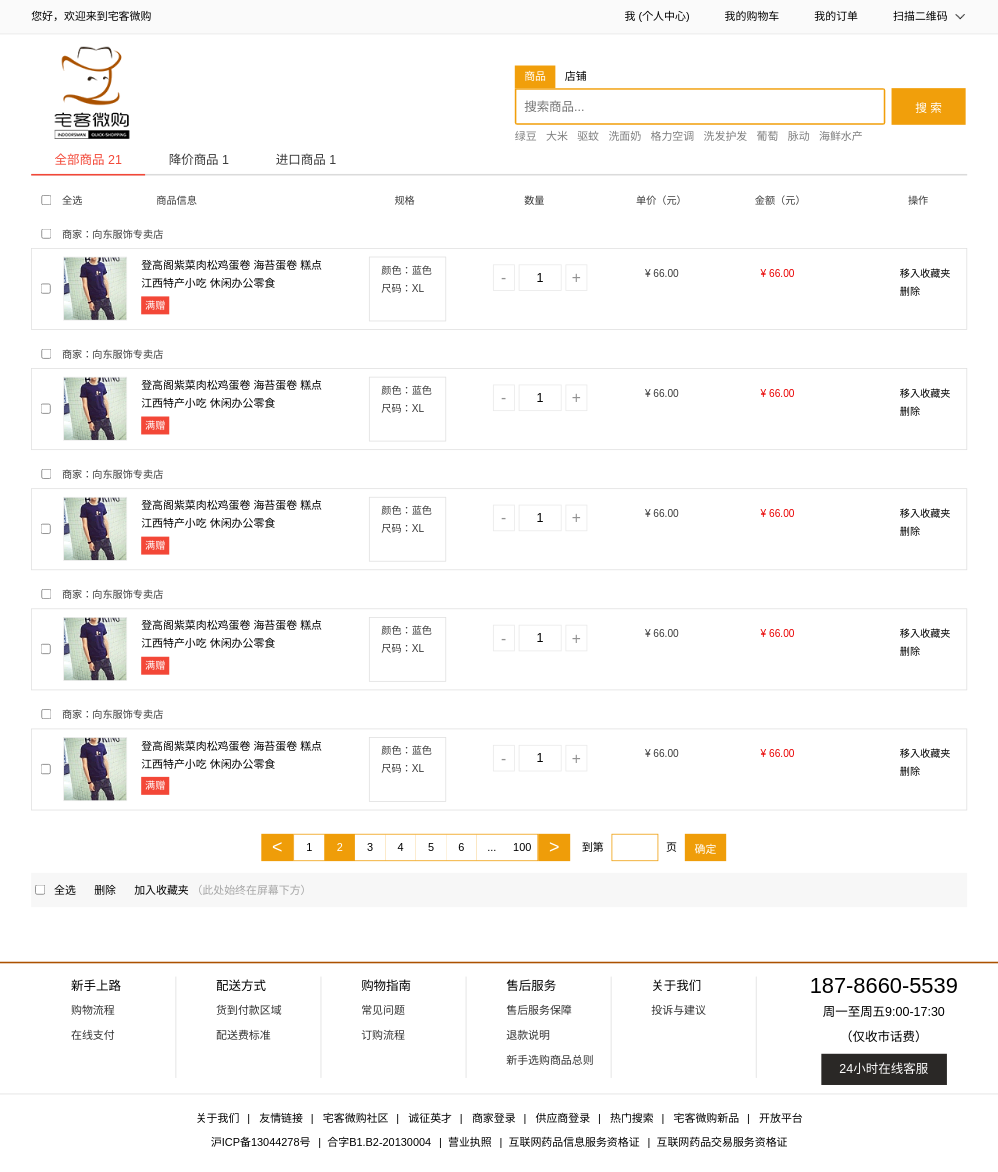
Repository: hucongting/MobliePhoneMall
Page: HelloMall/src/main/webapp/home/my_cart.html
These files come from the project's save history. The page is drawn as it stood at one moment and after the next save; the edit follows.
The browser window is 1280 px wide. The pictures show the whole page, at 78% of full size.

Above is the page before, as saved 2018-09-01 06:47:20.

### HelloMall/src/main/webapp/home/my_cart.html
<!DOCTYPE html PUBLIC "-//W3C//DTD XHTML 1.0 Transitional//EN" "http://www.w3.org/TR/xhtml1/DTD/xhtml1-transitional.dtd">
<html xmlns="http://www.w3.org/1999/xhtml">
<head>
<meta http-equiv="Content-Type" content="text/html; charset=utf-8" />
<title>购物车</title>
<link rel="stylesheet" type="text/css" href="css/style.css" />
<link rel="stylesheet" type="text/css" href="css/shopping-mall-index.css" />
<script type="text/javascript" src="js/jquery.js"></script>
<script type="text/javascript" src="js/zhonglin.js"></script>
</head>

<body style="position:relative;">

	<!--top 开始-->
    <div class="top">
    	<div class="top-con w1200">
        	<p class="t-con-l f-l">您好，欢迎来到宅客微购</p>
            <ul class="t-con-r f-r">
            	<li><a href="#">我 (个人中心)</a></li>
            	<li><a href="#">我的购物车</a></li>
            	<li><a href="#">我的订单</a></li>
            	<li class="erweima">
                	<a href="#">扫描二维码</a>
                    <div class="ewm-tu">
                    	<a href="#"><img src="images/erweima-tu.jpg" /></a>
                    </div>
                </li>
                <div style="clear:both;"></div>
            </ul>
            <div style="clear:both;"></div>
        </div>
    </div>

    <!--logo search 开始-->
    <div class="hd-info1 w1200">
    	<div class="logo f-l">
        	<h1><a href="#" title="中林网站"><img src="images/logo.jpg" /></a></h1>
        </div>
        <div class="search f-r">
        	<ul class="sp">
            	<li class="current" ss-search="sp"><a href="JavaScript:;">商品</a></li>
                <li ss-search="dp"><a href="JavaScript:;">店铺</a></li>
                <div style="clear:both;"></div>
            </ul>
            <div class="srh">
            	<div class="ipt f-l">
                	<input type="text" placeholder="搜索商品..." ss-search-show="sp" />
                    <input type="text" placeholder="搜索店铺..." ss-search-show="dp" style="display:none;" />
                </div>
                <button class="f-r">搜 索</button>
                <div style="clear:both;"></div>
            </div>
            <ul class="sp2">
                <li><a href="#">绿豆</a></li>
                <li><a href="#">大米</a></li>
                <li><a href="#">驱蚊</a></li>
                <li><a href="#">洗面奶</a></li>
                <li><a href="#">格力空调</a></li>
                <li><a href="#">洗发护发</a></li>
                <li><a href="#">葡萄 </a></li>
                <li><a href="#">脉动</a></li>
                <li><a href="#">海鲜水产</a></li>
                <div style="clear:both;"></div>
            </ul>
        </div>
        <div style="clear:both;"></div>
    </div>


    <!--内容开始-->
    <div class="cart-content w1200">
    	<ul class="cart-tit-nav">
        	<li class="current"><a href="#">全部商品   21</a></li>
        	<li><a href="#">降价商品   1</a></li>
        	<li><a href="#">进口商品   1</a></li>
            <div style="clear:both;"></div>
        </ul>
        <div class="cart-con-tit">
        	<p class="p1">
            	<input type="checkbox" value="" name="hobby"></input>
				<span>全选</span>
            </p>
            <p class="p2">商品信息</p>
            <p class="p3">规格</p>
            <p class="p4">数量</p>
            <p class="p5">单价（元）</p>
            <p class="p6">金额（元）</p>
            <p class="p7">操作</p>
        </div>
        <div class="cart-con-info">
        	<div class="info-top">
            	<input type="checkbox" value="" name="hobby"></input>
				<span>商家：向东服饰专卖店</span>
            </div>
            <div class="info-mid">
            	<input type="checkbox" value="" name="hobby" class="mid-ipt f-l"></input>
                <div class="mid-tu f-l">
                	<a href="#"><img src="images/dai1.gif" /></a>
                </div>
                <div class="mid-font f-l">
                	<a href="#">登高阁紫菜肉松鸡蛋卷 海苔蛋卷 糕点<br />江西特产小吃 休闲办公零食</a>
                    <span>满赠</span>
                </div>
                <div class="mid-guige f-l">
                	<p>颜色：蓝色</p>
                    <p>尺码：XL</p>
                    <a href="JavaScript:;" class="xg" xg="xg1">修改</a>
                    <div class="guige-xiugai" xg-g="xg1">
                    	<div class="xg-left f-l">
                        	<dl>
                            	<dt>颜  色</dt>
                                <dd>
                                	<a href="JavaScript:;" class="current">黑色</a>
                                    <a href="JavaScript:;">白色</a>
                                </dd>
                                <div style="clear:both;"></div>
                            </dl>
                            <dl>
                            	<dt>尺  码</dt>
                                <dd>
                                	<a href="JavaScript:;" class="current">M</a>
                                    <a href="JavaScript:;">L</a>
                                    <a href="JavaScript:;">XL</a>
                                </dd>
                                <div style="clear:both;"></div>
                            </dl>
                            <a href="JavaScript:;" class="qd">确定</a>
                            <a href="JavaScript:;" class="qx" qx="xg1">取消</a>
                        </div>
                    	<div class="xg-right f-l">
                        	<a href="#"><img src="images/dai2.gif" /></a>
                        </div>
                        <div style="clear:both;"></div>
                    </div>
                </div>
                <div class="mid-sl f-l">
                	<a href="JavaScript:;" class="sl-left">-</a>
                    <input type="text" value="1" />
                    <a href="JavaScript:;" class="sl-right">+</a>
                </div>
                <p class="mid-dj f-l">¥ 66.00</p>
                <p class="mid-je f-l">¥ 66.00</p>
                <div class="mid-chaozuo f-l">
                	<a href="#">移入收藏夹</a>
                    <a href="#">删除</a>
                </div>
                <div style="clear:both;"></div>
            </div>
        </div>
        <div class="cart-con-info">
        	<div class="info-top">
            	<input type="checkbox" value="" name="hobby"></input>
				<span>商家：向东服饰专卖店</span>
            </div>
            <div class="info-mid">
            	<input type="checkbox" value="" name="hobby" class="mid-ipt f-l"></input>
                <div class="mid-tu f-l">
                	<a href="#"><img src="images/dai1.gif" /></a>
                </div>
                <div class="mid-font f-l">
                	<a href="#">登高阁紫菜肉松鸡蛋卷 海苔蛋卷 糕点<br />江西特产小吃 休闲办公零食</a>
                    <span>满赠</span>
                </div>
                <div class="mid-guige f-l">
                	<p>颜色：蓝色</p>
                    <p>尺码：XL</p>
                    <a href="JavaScript:;" class="xg" xg="xg2">修改</a>
                    <div class="guige-xiugai" xg-g="xg2">
                    	<div class="xg-left f-l">
                        	<dl>
                            	<dt>颜  色</dt>
                                <dd>
                                	<a href="JavaScript:;" class="current">黑色</a>
                                    <a href="JavaScript:;">白色</a>
                                </dd>
                                <div style="clear:both;"></div>
                            </dl>
                            <dl>
                            	<dt>尺  码</dt>
                                <dd>
                                	<a href="JavaScript:;" class="current">M</a>
                                    <a href="JavaScript:;">L</a>
                                    <a href="JavaScript:;">XL</a>
                                </dd>
                                <div style="clear:both;"></div>
                            </dl>
                            <a href="JavaScript:;" class="qd">确定</a>
                            <a href="JavaScript:;" class="qx" qx="xg2">取消</a>
                        </div>
                    	<div class="xg-right f-l">
                        	<a href="#"><img src="images/dai2.gif" /></a>
                        </div>
                        <div style="clear:both;"></div>
                    </div>
                </div>
                <div class="mid-sl f-l">
                	<a href="JavaScript:;" class="sl-left">-</a>
                    <input type="text" value="1" />
                    <a href="JavaScript:;" class="sl-right">+</a>
                </div>
                <p class="mid-dj f-l">¥ 66.00</p>
                <p class="mid-je f-l">¥ 66.00</p>
                <div class="mid-chaozuo f-l">
                	<a href="#">移入收藏夹</a>
                    <a href="#">删除</a>
                </div>
                <div style="clear:both;"></div>
            </div>
        </div>
        <div class="cart-con-info">
        	<div class="info-top">
            	<input type="checkbox" value="" name="hobby"></input>
				<span>商家：向东服饰专卖店</span>
            </div>
            <div class="info-mid">
            	<input type="checkbox" value="" name="hobby" class="mid-ipt f-l"></input>
                <div class="mid-tu f-l">
                	<a href="#"><img src="images/dai1.gif" /></a>
                </div>
                <div class="mid-font f-l">
                	<a href="#">登高阁紫菜肉松鸡蛋卷 海苔蛋卷 糕点<br />江西特产小吃 休闲办公零食</a>
                    <span>满赠</span>
                </div>
                <div class="mid-guige f-l">
                	<p>颜色：蓝色</p>
                    <p>尺码：XL</p>
                    <a href="JavaScript:;" class="xg" xg="xg3">修改</a>
                    <div class="guige-xiugai" xg-g="xg3">
                    	<div class="xg-left f-l">
                        	<dl>
                            	<dt>颜  色</dt>
                                <dd>
                                	<a href="JavaScript:;" class="current">黑色</a>
                                    <a href="JavaScript:;">白色</a>
                                </dd>
                                <div style="clear:both;"></div>
                            </dl>
                            <dl>
                            	<dt>尺  码</dt>
                                <dd>
                                	<a href="JavaScript:;" class="current">M</a>
                                    <a href="JavaScript:;">L</a>
                                    <a href="JavaScript:;">XL</a>
                                </dd>
                                <div style="clear:both;"></div>
                            </dl>
                            <a href="JavaScript:;" class="qd">确定</a>
                            <a href="JavaScript:;" class="qx" qx="xg3">取消</a>
                        </div>
                    	<div class="xg-right f-l">
                        	<a href="#"><img src="images/dai2.gif" /></a>
                        </div>
                        <div style="clear:both;"></div>
                    </div>
                </div>
                <div class="mid-sl f-l">
                	<a href="JavaScript:;" class="sl-left">-</a>
                    <input type="text" value="1" />
                    <a href="JavaScript:;" class="sl-right">+</a>
                </div>
                <p class="mid-dj f-l">¥ 66.00</p>
                <p class="mid-je f-l">¥ 66.00</p>
                <div class="mid-chaozuo f-l">
                	<a href="#">移入收藏夹</a>
                    <a href="#">删除</a>
                </div>
                <div style="clear:both;"></div>
            </div>
        </div>
        <div class="cart-con-info">
        	<div class="info-top">
            	<input type="checkbox" value="" name="hobby"></input>
				<span>商家：向东服饰专卖店</span>
            </div>
            <div class="info-mid">
            	<input type="checkbox" value="" name="hobby" class="mid-ipt f-l"></input>
                <div class="mid-tu f-l">
                	<a href="#"><img src="images/dai1.gif" /></a>
                </div>
                <div class="mid-font f-l">
                	<a href="#">登高阁紫菜肉松鸡蛋卷 海苔蛋卷 糕点<br />江西特产小吃 休闲办公零食</a>
                    <span>满赠</span>
                </div>
                <div class="mid-guige f-l">
                	<p>颜色：蓝色</p>
                    <p>尺码：XL</p>
                    <a href="JavaScript:;" class="xg" xg="xg4">修改</a>
                    <div class="guige-xiugai" xg-g="xg4">
                    	<div class="xg-left f-l">
                        	<dl>
                            	<dt>颜  色</dt>
                                <dd>
                                	<a href="JavaScript:;" class="current">黑色</a>
                                    <a href="JavaScript:;">白色</a>
                                </dd>
                                <div style="clear:both;"></div>
                            </dl>
                            <dl>
                            	<dt>尺  码</dt>
                                <dd>
                                	<a href="JavaScript:;" class="current">M</a>
                                    <a href="JavaScript:;">L</a>
                                    <a href="JavaScript:;">XL</a>
                                </dd>
                                <div style="clear:both;"></div>
                            </dl>
                            <a href="JavaScript:;" class="qd">确定</a>
                            <a href="JavaScript:;" class="qx" qx="xg4">取消</a>
                        </div>
                    	<div class="xg-right f-l">
                        	<a href="#"><img src="images/dai2.gif" /></a>
                        </div>
                        <div style="clear:both;"></div>
                    </div>
                </div>
                <div class="mid-sl f-l">
                	<a href="JavaScript:;" class="sl-left">-</a>
                    <input type="text" value="1" />
                    <a href="JavaScript:;" class="sl-right">+</a>
                </div>
                <p class="mid-dj f-l">¥ 66.00</p>
                <p class="mid-je f-l">¥ 66.00</p>
                <div class="mid-chaozuo f-l">
                	<a href="#">移入收藏夹</a>
                    <a href="#">删除</a>
                </div>
                <div style="clear:both;"></div>
            </div>
        </div>
        <div class="cart-con-info">
        	<div class="info-top">
            	<input type="checkbox" value="" name="hobby"></input>
				<span>商家：向东服饰专卖店</span>
            </div>
            <div class="info-mid">
            	<input type="checkbox" value="" name="hobby" class="mid-ipt f-l"></input>
                <div class="mid-tu f-l">
                	<a href="#"><img src="images/dai1.gif" /></a>
                </div>
                <div class="mid-font f-l">
                	<a href="#">登高阁紫菜肉松鸡蛋卷 海苔蛋卷 糕点<br />江西特产小吃 休闲办公零食</a>
                    <span>满赠</span>
                </div>
                <div class="mid-guige f-l">
                	<p>颜色：蓝色</p>
                    <p>尺码：XL</p>
                    <a href="JavaScript:;" class="xg" xg="xg5">修改</a>
                    <div class="guige-xiugai" xg-g="xg5">
                    	<div class="xg-left f-l">
                        	<dl>
                            	<dt>颜  色</dt>
                                <dd>
                                	<a href="JavaScript:;" class="current">黑色</a>
                                    <a href="JavaScript:;">白色</a>
                                </dd>
                                <div style="clear:both;"></div>
                            </dl>
                            <dl>
                            	<dt>尺  码</dt>
                                <dd>
                                	<a href="JavaScript:;" class="current">M</a>
                                    <a href="JavaScript:;">L</a>
                                    <a href="JavaScript:;">XL</a>
                                </dd>
                                <div style="clear:both;"></div>
                            </dl>
                            <a href="JavaScript:;" class="qd">确定</a>
                            <a href="JavaScript:;" class="qx" qx="xg5">取消</a>
                        </div>
                    	<div class="xg-right f-l">
                        	<a href="#"><img src="images/dai2.gif" /></a>
                        </div>
                        <div style="clear:both;"></div>
                    </div>
                </div>
                <div class="mid-sl f-l">
                	<a href="JavaScript:;" class="sl-left">-</a>
                    <input type="text" value="1" />
                    <a href="JavaScript:;" class="sl-right">+</a>
                </div>
                <p class="mid-dj f-l">¥ 66.00</p>
                <p class="mid-je f-l">¥ 66.00</p>
                <div class="mid-chaozuo f-l">
                	<a href="#">移入收藏夹</a>
                    <a href="#">删除</a>
                </div>
                <div style="clear:both;"></div>
            </div>
        </div>
        <!--分页-->
        <div class="paging">
            	<div class="pag-left f-l">
                	<a href="#" class="about left-r f-l"><</a>
                    <ul class="left-m f-l">
                    	<li><a href="#">1</a></li>
                        <li class="current"><a href="#">2</a></li>
                        <li><a href="#">3</a></li>
                        <li><a href="#">4</a></li>
                        <li><a href="#">5</a></li>
                        <li><a href="#">6</a></li>
                        <li><a href="#">...</a></li>
                        <li><a href="#">100</a></li>
                        <div style="clear:both;"></div>
                    </ul>
                	<a href="#" class="about left-l f-l">></a>
                    <div style="clear:both;"></div>
                </div>
            	<div class="pag-right f-l">
                	<div class="jump-page f-l">
                        到第<input type="text" />页
                    </div>
                    <button class="f-l">确定</button>
                    <div style="clear:both;"></div>
                </div>
                <div style="clear:both;"></div>
            </div>
       	<div class="cart-con-footer">
        	<input type="checkbox" value="" name="hobby"></input>
			<span>全选</span>
            <a href="#">删除</a>
            <a href="#">加入收藏夹</a>
            <p>（此处始终在屏幕下方）</p>
        </div>
    </div>

    <!--底部服务-->
    <div class="ft-service">
    	<div class="w1200">
        	<div class="sv-con-l2 f-l">
            	<dl>
                	<dt><a href="#">新手上路</a></dt>
                    <dd>
                    	<a href="#">购物流程</a>
                    	<a href="#">在线支付</a>
                    </dd>
                </dl>
                <dl>
                	<dt><a href="#">配送方式</a></dt>
                    <dd>
                    	<a href="#">货到付款区域</a>
                    	<a href="#">配送费标准</a>
                    </dd>
                </dl>
                <dl>
                	<dt><a href="#">购物指南</a></dt>
                    <dd>
                    	<a href="#">常见问题</a>
                    	<a href="#">订购流程</a>
                    </dd>
                </dl>
                <dl>
                	<dt><a href="#">售后服务</a></dt>
                    <dd>
                    	<a href="#">售后服务保障</a>
                    	<a href="#">退款说明</a>
                    	<a href="#">新手选购商品总则</a>
                    </dd>
                </dl>
                <dl>
                	<dt><a href="#">关于我们</a></dt>
                    <dd>
                    	<a href="#">投诉与建议</a>
                    </dd>
                </dl>
                <div style="clear:both;"></div>
            </div>
        	<div class="sv-con-r2 f-r">
            	<p class="sv-r-tle">187-8660-5539</p>
            	<p>周一至周五9:00-17:30</p>
            	<p>（仅收市话费）</p>
            	<a href="#" class="zxkf">24小时在线客服</a>
            </div>
            <div style="clear:both;"></div>
        </div>
    </div>

    <!--底部 版权-->
    <div class="footer w1200">
    	<p>
        	<a href="#">关于我们</a><span>|</span>
        	<a href="#">友情链接</a><span>|</span>
        	<a href="#">宅客微购社区</a><span>|</span>
        	<a href="#">诚征英才</a><span>|</span>
        	<a href="#">商家登录</a><span>|</span>
        	<a href="#">供应商登录</a><span>|</span>
        	<a href="#">热门搜索</a><span>|</span>
        	<a href="#">宅客微购新品</a><span>|</span>
        	<a href="#">开放平台</a>
        </p>
        <p>
        	沪ICP备13044278号<span>|</span>合字B1.B2-20130004<span>|</span>营业执照<span>|</span>互联网药品信息服务资格证<span>|</span>互联网药品交易服务资格证
        </p>
    </div>
</body>
</html>

Loaded but not shown: HelloMall/src/main/webapp/home/js/jquery.js (library); HelloMall/src/main/webapp/home/js/zhonglin.js (361 lines, source omitted); HelloMall/src/main/webapp/home/css/shopping-mall-index.css (1188 lines, source omitted); HelloMall/src/main/webapp/home/css/style.css (194 lines, source omitted)

After the next save:
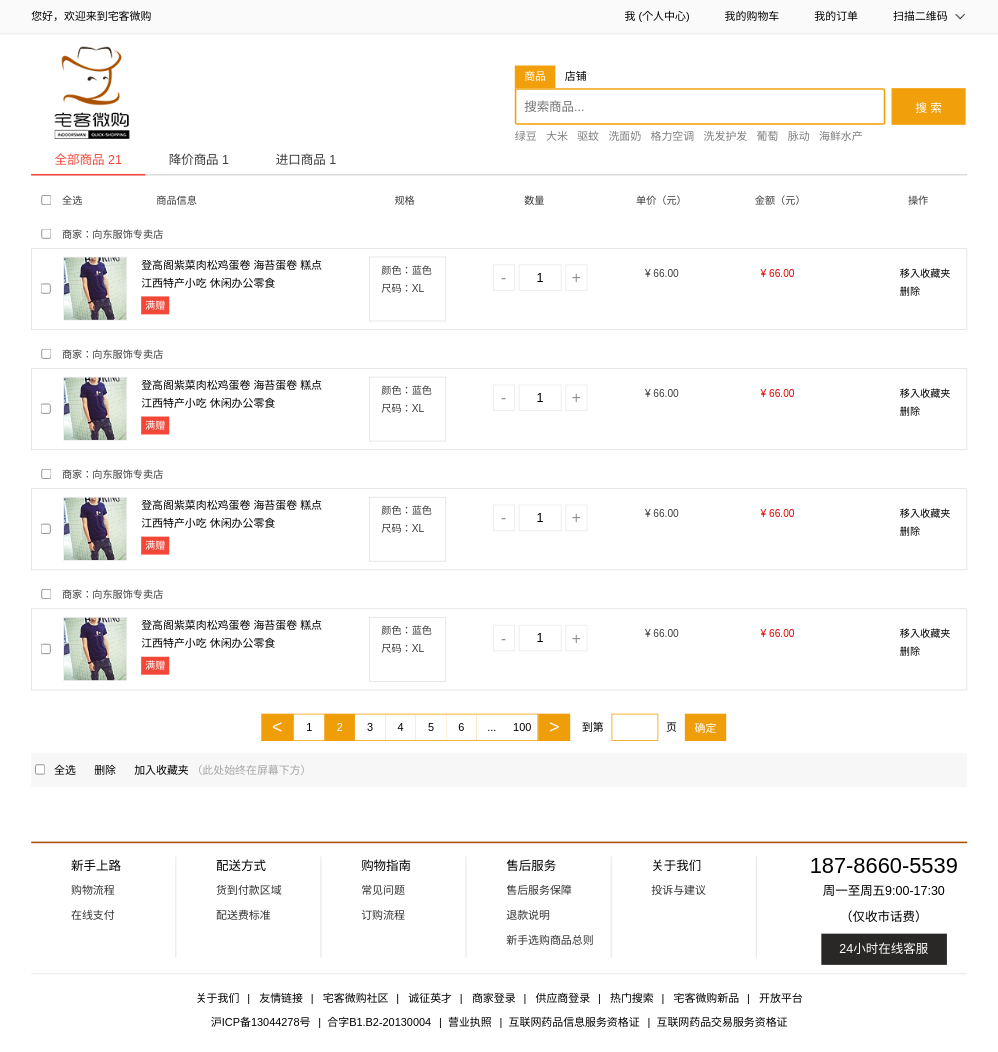
Saved 66 s later.
--- a/HelloMall/src/main/webapp/home/my_cart.html
+++ b/HelloMall/src/main/webapp/home/my_cart.html
@@ -88,65 +88,7 @@
             <p class="p7">操作</p>
         </div>
         <div class="cart-con-info">
-        	<div class="info-top">
-            	<input type="checkbox" value="" name="hobby"></input>
-				<span>商家：向东服饰专卖店</span>
-            </div>
-            <div class="info-mid">
-            	<input type="checkbox" value="" name="hobby" class="mid-ipt f-l"></input>
-                <div class="mid-tu f-l">
-                	<a href="#"><img src="images/dai1.gif" /></a>
-                </div>
-                <div class="mid-font f-l">
-                	<a href="#">登高阁紫菜肉松鸡蛋卷 海苔蛋卷 糕点<br />江西特产小吃 休闲办公零食</a>
-                    <span>满赠</span>
-                </div>
-                <div class="mid-guige f-l">
-                	<p>颜色：蓝色</p>
-                    <p>尺码：XL</p>
-                    <a href="JavaScript:;" class="xg" xg="xg1">修改</a>
-                    <div class="guige-xiugai" xg-g="xg1">
-                    	<div class="xg-left f-l">
-                        	<dl>
-                            	<dt>颜  色</dt>
-                                <dd>
-                                	<a href="JavaScript:;" class="current">黑色</a>
-                                    <a href="JavaScript:;">白色</a>
-                                </dd>
-                                <div style="clear:both;"></div>
-                            </dl>
-                            <dl>
-                            	<dt>尺  码</dt>
-                                <dd>
-                                	<a href="JavaScript:;" class="current">M</a>
-                                    <a href="JavaScript:;">L</a>
-                                    <a href="JavaScript:;">XL</a>
-                                </dd>
-                                <div style="clear:both;"></div>
-                            </dl>
-                            <a href="JavaScript:;" class="qd">确定</a>
-                            <a href="JavaScript:;" class="qx" qx="xg1">取消</a>
-                        </div>
-                    	<div class="xg-right f-l">
-                        	<a href="#"><img src="images/dai2.gif" /></a>
-                        </div>
-                        <div style="clear:both;"></div>
-                    </div>
-                </div>
-                <div class="mid-sl f-l">
-                	<a href="JavaScript:;" class="sl-left">-</a>
-                    <input type="text" value="1" />
-                    <a href="JavaScript:;" class="sl-right">+</a>
-                </div>
-                <p class="mid-dj f-l">¥ 66.00</p>
-                <p class="mid-je f-l">¥ 66.00</p>
-                <div class="mid-chaozuo f-l">
-                	<a href="#">移入收藏夹</a>
-                    <a href="#">删除</a>
-                </div>
-                <div style="clear:both;"></div>
-            </div>
-        </div>
+
         <div class="cart-con-info">
         	<div class="info-top">
             	<input type="checkbox" value="" name="hobby"></input>
